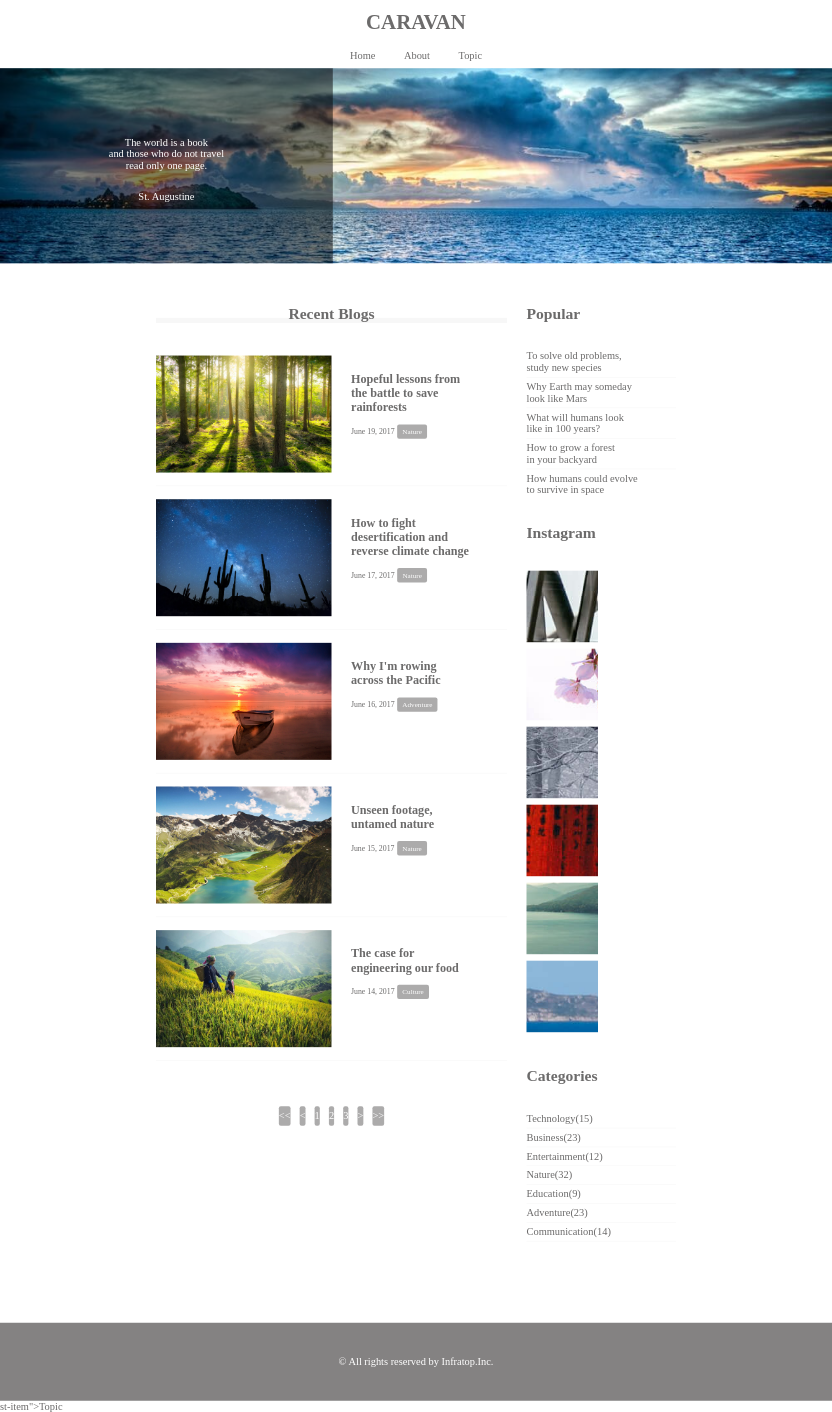
Repository: ayakodesu/html-practice
Page: caravan/index.html
The author's editor kept a record of every edit. The page is drawn from the files as they stood at one moment, then again after the next edit.
The browser window is 1280 px wide. The pictures show the whole page, at 65% of full size.

Above is the page before.

After the next edit:
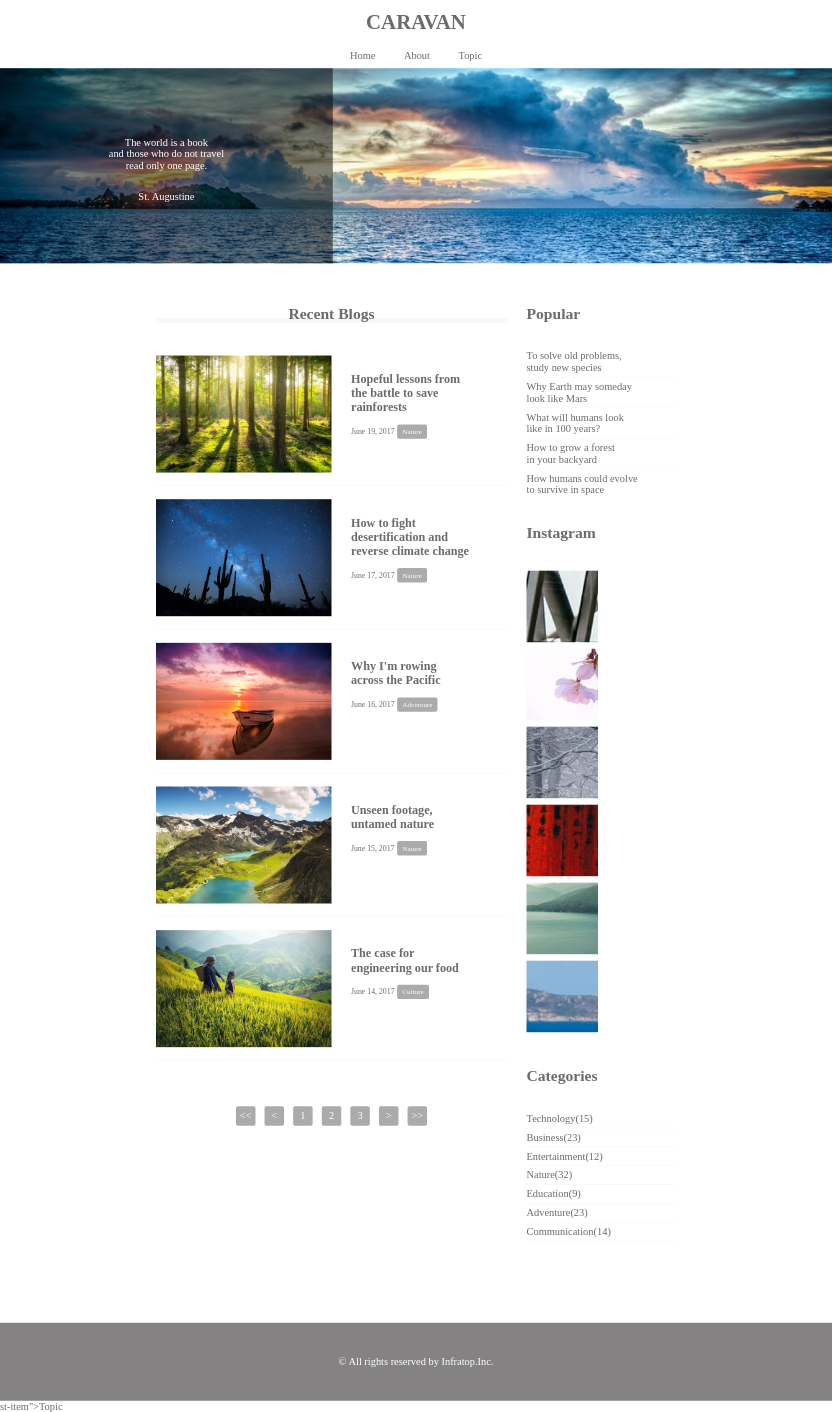
The edit:
--- a/caravan/style.css
+++ b/caravan/style.css
@@ -125,7 +125,7 @@
 
 .pagination p {
   display: inline-block;
-  wigth: 30px;
+  width: 30px;
   height: 30px;
   margin: 0 5px;
   color: #fff;
